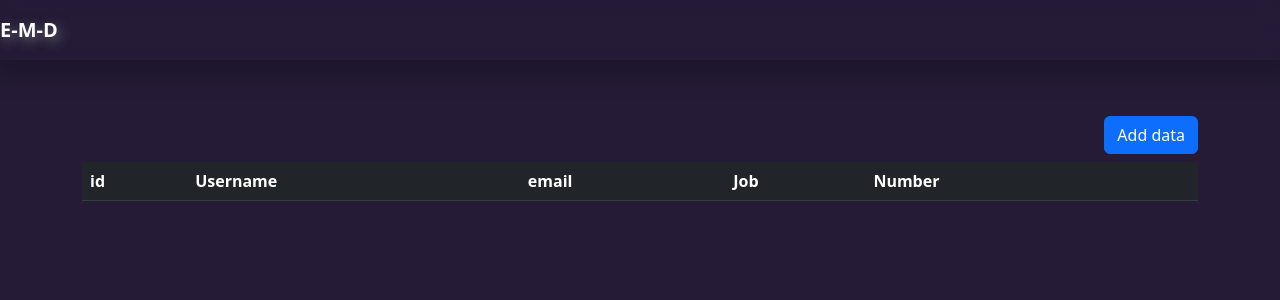
Repository: iamevs/Employee-Management-System
Page: /home (app in client/)
An editor plug-in stored every save of this project. The page is shown before and after the next save, followed by the edit.
The browser window is 1280 px wide. The pictures show the whole page.
The page's requests for data from a server got no answer. The project was rebuilt for these pictures with package versions that can differ from the ones it lists, and the page was loaded fresh each time. No one was signed in, and anything a server would have sent is missing. Also part of the build but not shown: client/vite.config.js, client/src/components/Register.jsx, client/src/components/Edit.jsx, client/src/components/Hero.jsx. Imported but missing from the stored project, and not drawn on this page: client/src/components/Details.

Above is the page before, as saved 2022-11-28 23:26:42.

After the next save:
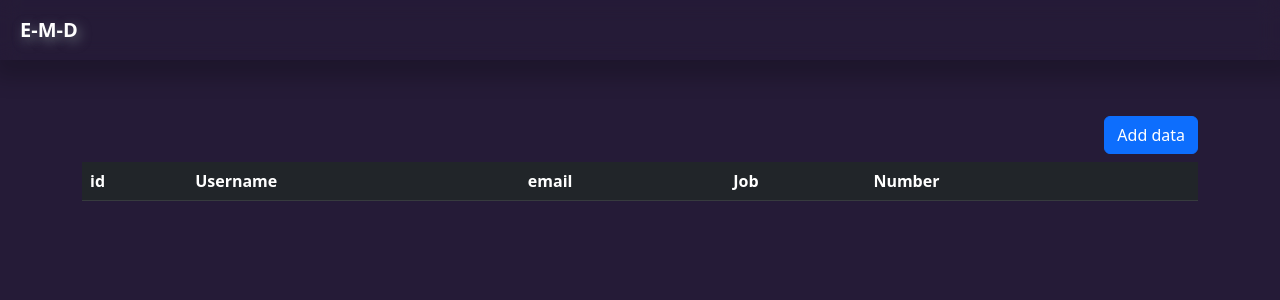
Saved 45 s later.
--- a/client/src/components/Navbar.jsx
+++ b/client/src/components/Navbar.jsx
@@ -13,6 +13,7 @@ const Navbar = () => {
                 color: "white",
                 boxShadow: "4px 7px 20px 11px rgb(0 0 0 / 20%)",
                 height: "60px",
+                padding: "0 20px 0 20px",
             }}>
                 <Box sx={{
                     fontSize: "20px",
